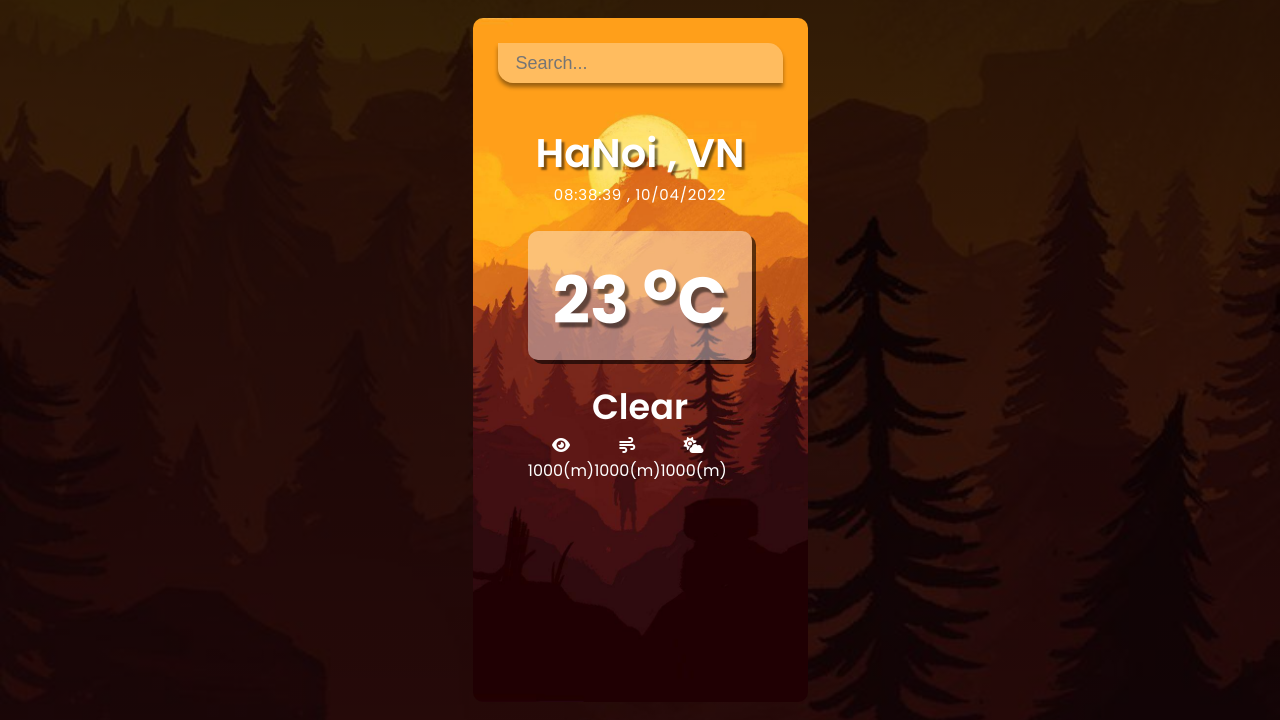
Repository: NguyenDuc-Huy/API_WEATHER
Page: index.html
An editor plug-in stored every save of this project. The page is shown before and after the next save, followed by the edit.
The browser window is 1280 px wide. The pictures show the whole page.
Some web libraries are served in a nearby version.

Above is the page before, as saved 2022-04-10 09:38:48.

### index.html
<!DOCTYPE html>
<html lang="en">

<head>
    <meta charset="UTF-8">
    <meta http-equiv="X-UA-Compatible" content="IE=edge">
    <meta name="viewport" content="width=device-width, initial-scale=1.0">
    <link rel="stylesheet" href="https://cdnjs.cloudflare.com/ajax/libs/font-awesome/6.1.1/css/all.min.css">
    <link rel="preconnect" href="https://fonts.googleapis.com">
    <link rel="preconnect" href="https://fonts.gstatic.com" crossorigin>
    <link href="https://fonts.googleapis.com/css2?family=Poppins:wght@300;400;500;600;700;800&display=swap"
        rel="stylesheet">
    <link rel="stylesheet" href="style.css">
    <title>Weather app</title>
</head>

<body>
    <div id="weather">
        <input type="text" class="search" placeholder="Search...">
        <div class="content">
            <div class="location">
                <span class="city">HaNoi</span>
                <span>,</span>
                <span class="country">VN</span>
            </div>
            <div class="datetime">
                <span class="time">08:38:39</span>
                <span>,</span>
                <span class="date">10/04/2022</span>
            </div>
            <div class="temperature">
                <span class="no">23</span>
                <span class="degree"><sup>o</sup>C</span>
            </div>
            <p class="desc">Clear</p>
            <div class="more-desc">
                <div>
                    <i class="fa-solid fa-eye"></i>
                    <p>1000(m)</p>
                </div>
                <div>
                    <i class="fa-solid fa-wind"></i>
                    <p>1000(m)</p>
                </div>
                <div>
                    <i class="fa-solid fa-cloud-sun"></i>
                    <p>1000(m)</p>
                </div>
            </div>
        </div>
    </div>
</body>
<script src="app.js"></script>

</html>

### style.css
* {
  margin: 0;
  padding: 0;
  box-sizing: border-box;
}
body {
  width: 100vw;
  height: 100vh;
  display: flex;
  justify-content: center;
  align-items: center;
  font-family: "Poppins", sans-serif;
  background: linear-gradient(to bottom, rgba(0, 0, 0, 0.8), rgba(0, 0, 0, 0.6)),
    url("./image/hot.png") no-repeat center/cover;
}
#weather {
  background: url("./image/hot.png") no-repeat center/cover;
  width: 335px;
  height: 95vh;
  display: flex;
  flex-direction: column;
  align-items: center;
  padding: 25px;
  border-radius: 10px;
}
.search {
  border-radius: 0 15px 0 15px;
  border: none;
  outline: none;
  padding: 15px 18px;
  width: 100%;
  height: 40px;
  font-size: 18px;
  box-shadow: 0 4px 4px rgba(0, 0, 0, 0.4);
  background-color: rgba(255, 255, 255, 0.3);
  transition: all 0.3s;
}
.search:focus {
  border-radius: 15px 0 15px 0;
  background-color: rgba(255, 255, 255, 0.8);
}
.content {
  color: #fff;
  text-align: center;
}
.location {
  margin-top: 40px;
  font-size: 40px;
  font-weight: 600;

  text-shadow: 3px 3px 2px rgba(0, 0, 0, 0.5);
}
.datetime {
  font-size: 15px;
  letter-spacing: 0.8px;
}
.temperature {
  font-size: 65px;
  margin-top: 25px;
  background-color: rgba(255, 255, 255, 0.4);
  box-shadow: 4px 4px rgba(0, 0, 0, 0.6);
  padding: 10px 25px;
  border-radius: 10px;
  text-shadow: 4px 5px 2px rgba(0, 0, 0, 0.5);
  font-weight: 700;
}
.desc {
  margin-top: 20px;
  font-weight: 600;
  font-size: 35px;
}
.more-desc {
  display: flex;
  flex-direction: row;
  justify-content: between;
  align-items: center;
}

Loaded but not shown: app.js (no copy from this time; the picture is the same without it)

After the next save:
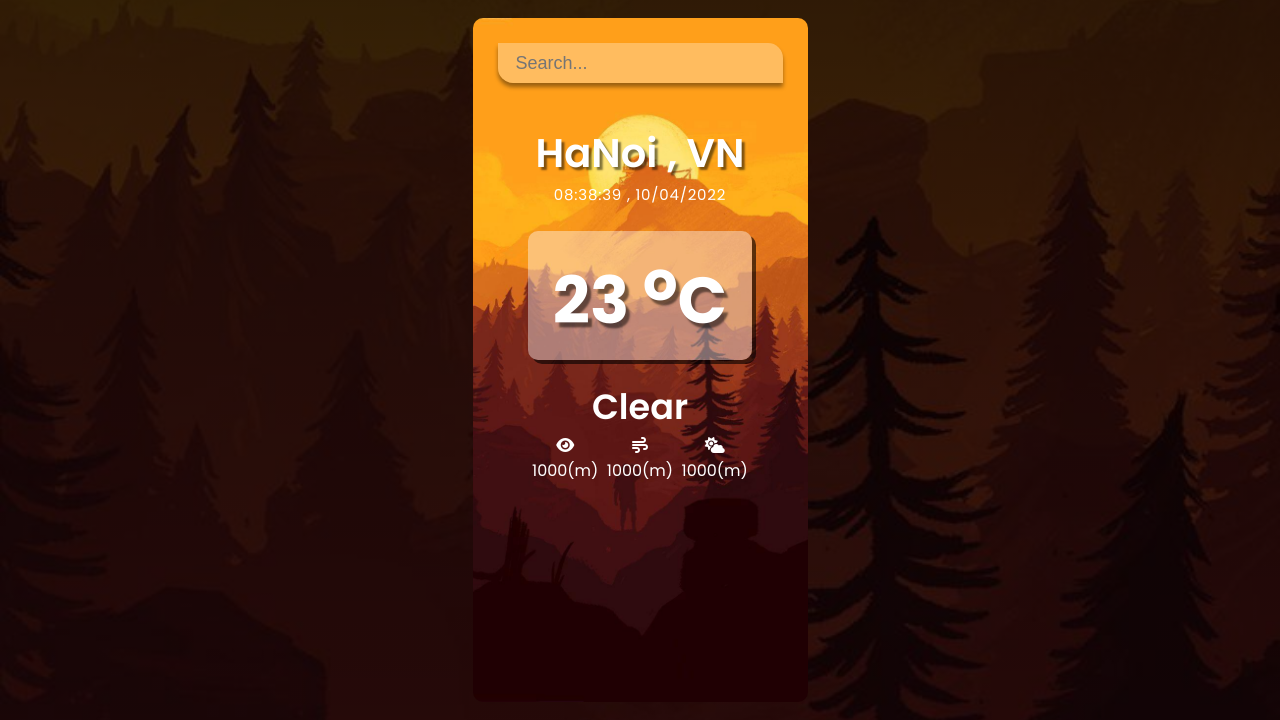
Saved 18 s later.
--- a/style.css
+++ b/style.css
@@ -72,6 +72,6 @@
 .more-desc {
   display: flex;
   flex-direction: row;
-  justify-content: between;
+  justify-content: space-around;
   align-items: center;
 }
